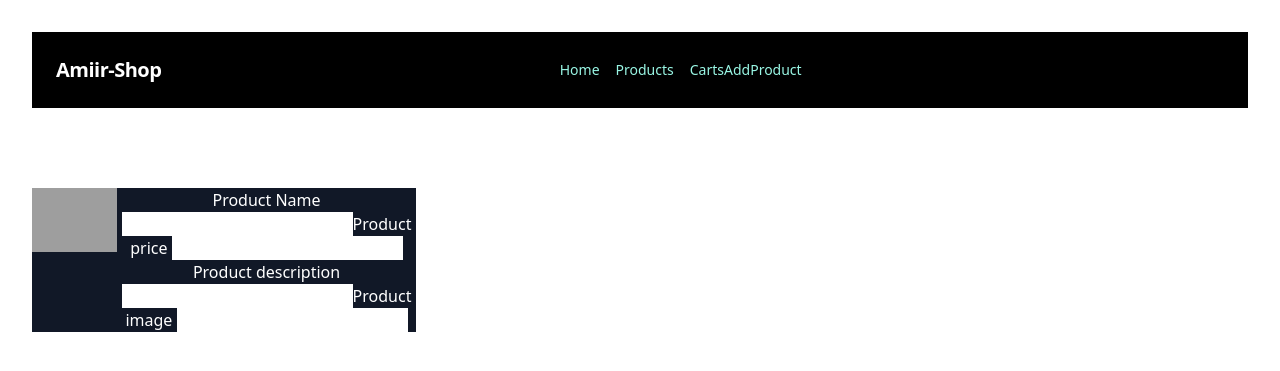
Repository: ENG-AMIIR-MUSE/ECommerce-app-using-react
Page: /addProducts
These files come from the project's save history. The page is drawn as it stood at one moment and after a run of saves; the edit follows.
The browser window is 1280 px wide. The pictures show the whole page.
Pictures or frames that could not be fetched are drawn as grey boxes. The page's requests for data from a server got no answer. The project was rebuilt for these pictures with package versions that can differ from the ones it lists, and the page was loaded fresh each time. No one was signed in, and anything a server would have sent is missing. Also part of the build but not shown: vite.config.js, src/Components/productList.js, src/Components/productCard.js.

Above is the page before, as saved 2023-06-24 19:01:03.

After the next 2 saves:
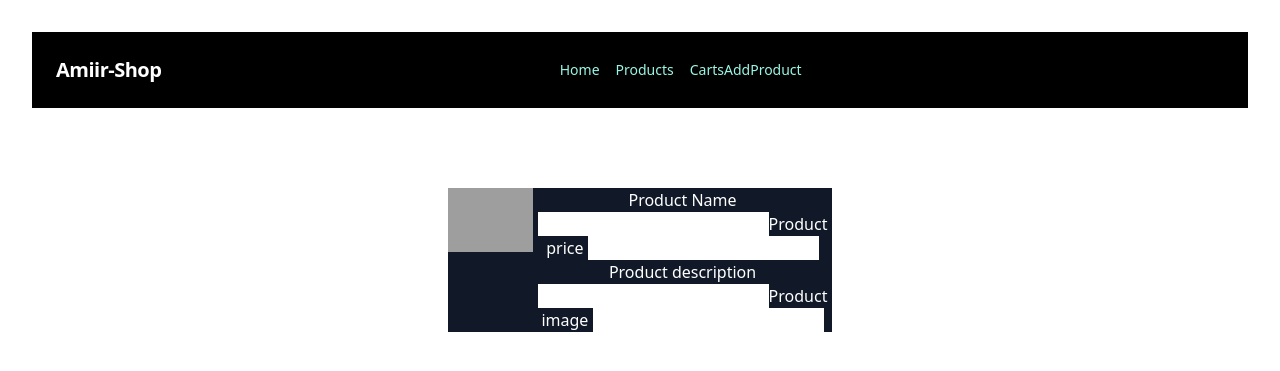
The 2 saves are shown as one change because they came seconds apart.
The last was saved 6 s later.
--- a/src/Components/AddProduct.jsx
+++ b/src/Components/AddProduct.jsx
@@ -4,7 +4,7 @@
 
     return(
 
-        <div  className="bg-gray-900 text-white flex max-w-sm  ">
+        <div  className="bg-gray-900 text-white flex max-w-sm mx-auto  ">
           <div>
            <img src= {reactsvg}  alt="missing-product-image"/>
           </div>
